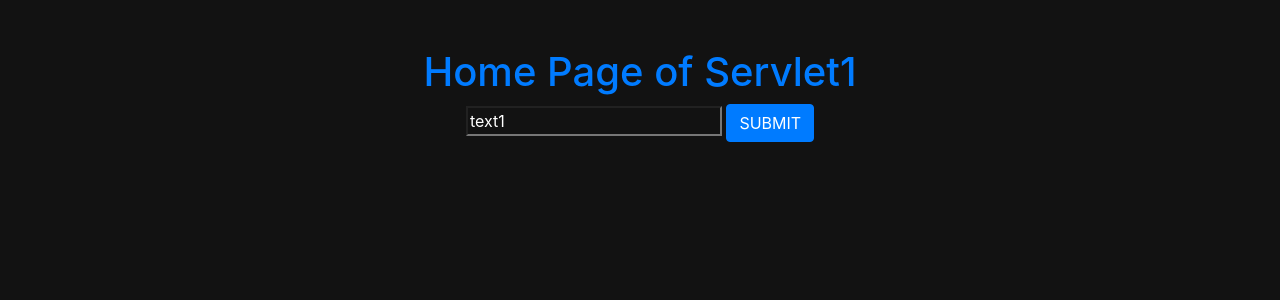
Repository: Gouravgilhare/Servlet
Page: http://localhost/SERVLET1/
These files come from the project's save history. The page is drawn as it stood at one moment and after the next save; the edit follows.
The browser window is 1280 px wide. The pictures show the whole page.
The page is served by Tomcat 10.

Above is the page before, as saved 2025-07-16 11:55:31.

After the next save:
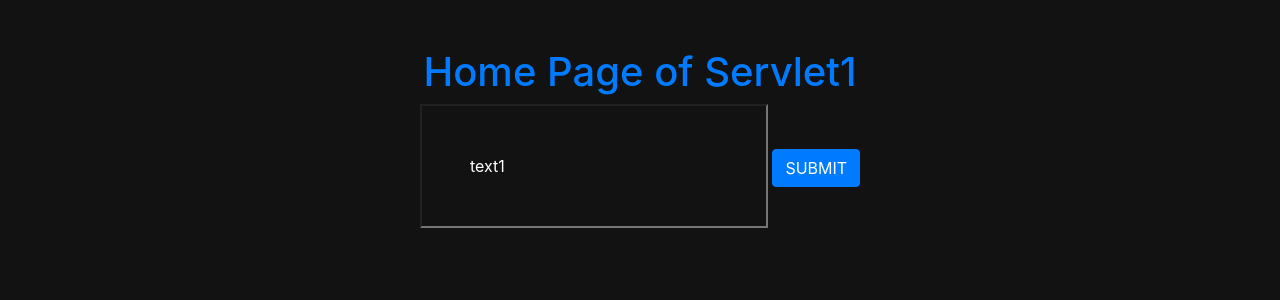
Saved 21 s later.
--- a/SERVLET1/src/main/webapp/index.jsp
+++ b/SERVLET1/src/main/webapp/index.jsp
@@ -17,7 +17,7 @@
 
             <form action="<%= application.getContextPath() %>/third" method="POST">
 
-            	<input type="text" class = "m-10" value="text1" placeholder ="Enter Text">
+            	<input type="text" class = "p-5" value="text1" placeholder ="Enter Text">
             	<input type="submit" class = "btn  btn-primary" value="SUBMIT" placeholder ="SUBMIT">
             </form>
         </div>
